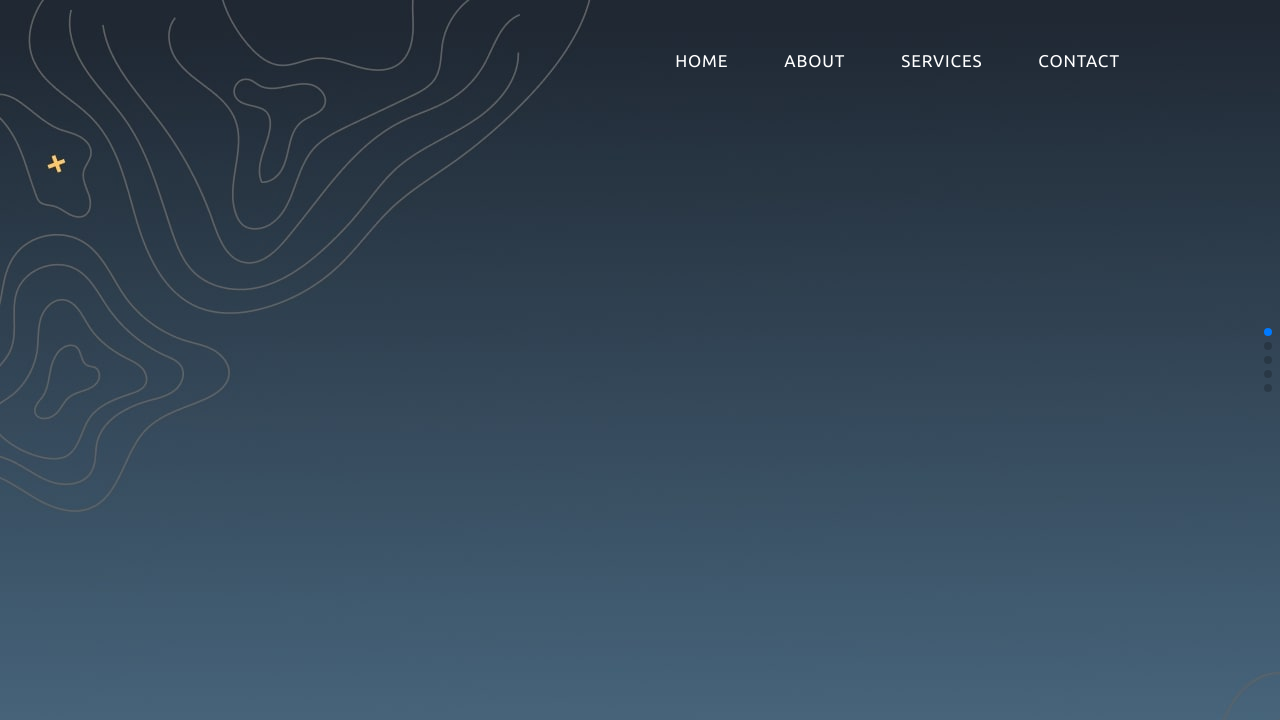
Repository: jiahow99/Add-Commerce
Page: index.html
These files come from the project's save history. The page is drawn as it stood at one moment and after a run of saves; the edit follows.
The browser window is 1280 px wide. The pictures show the whole page.
Some web libraries are served in a nearby version.

Above is the page before, as saved 2023-06-06 17:10:30.

After the next 3 saves:
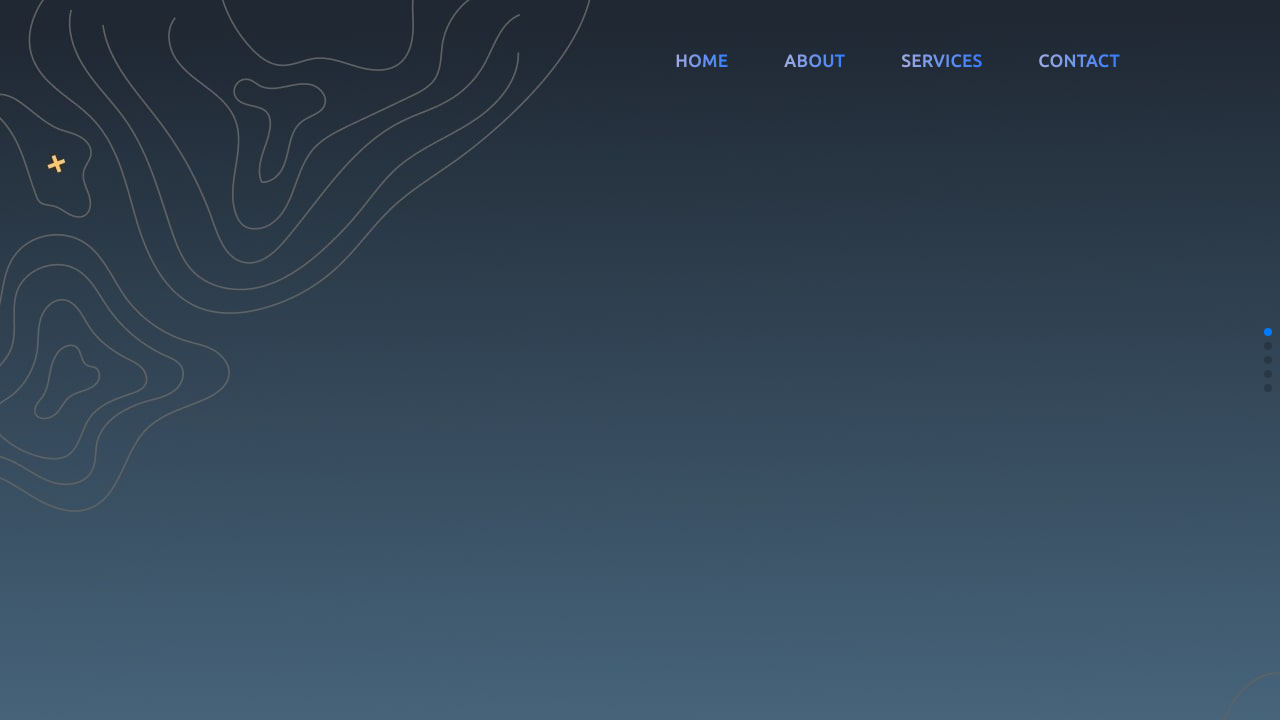
The 3 saves are shown as one change because they came seconds apart.
The last was saved 9 s later.
--- a/style.css
+++ b/style.css
@@ -27,9 +27,9 @@
 
 }
 
-nav li a:hover{
+nav li a{
   text-decoration: none;
-  font-weight: 700;
+  font-weight: 900;
   background: linear-gradient(90deg, #A1ABE0 0%, #89A0E7 22.71%, #367CFF 100%);
   -webkit-background-clip: text;
   -webkit-text-fill-color: transparent;
